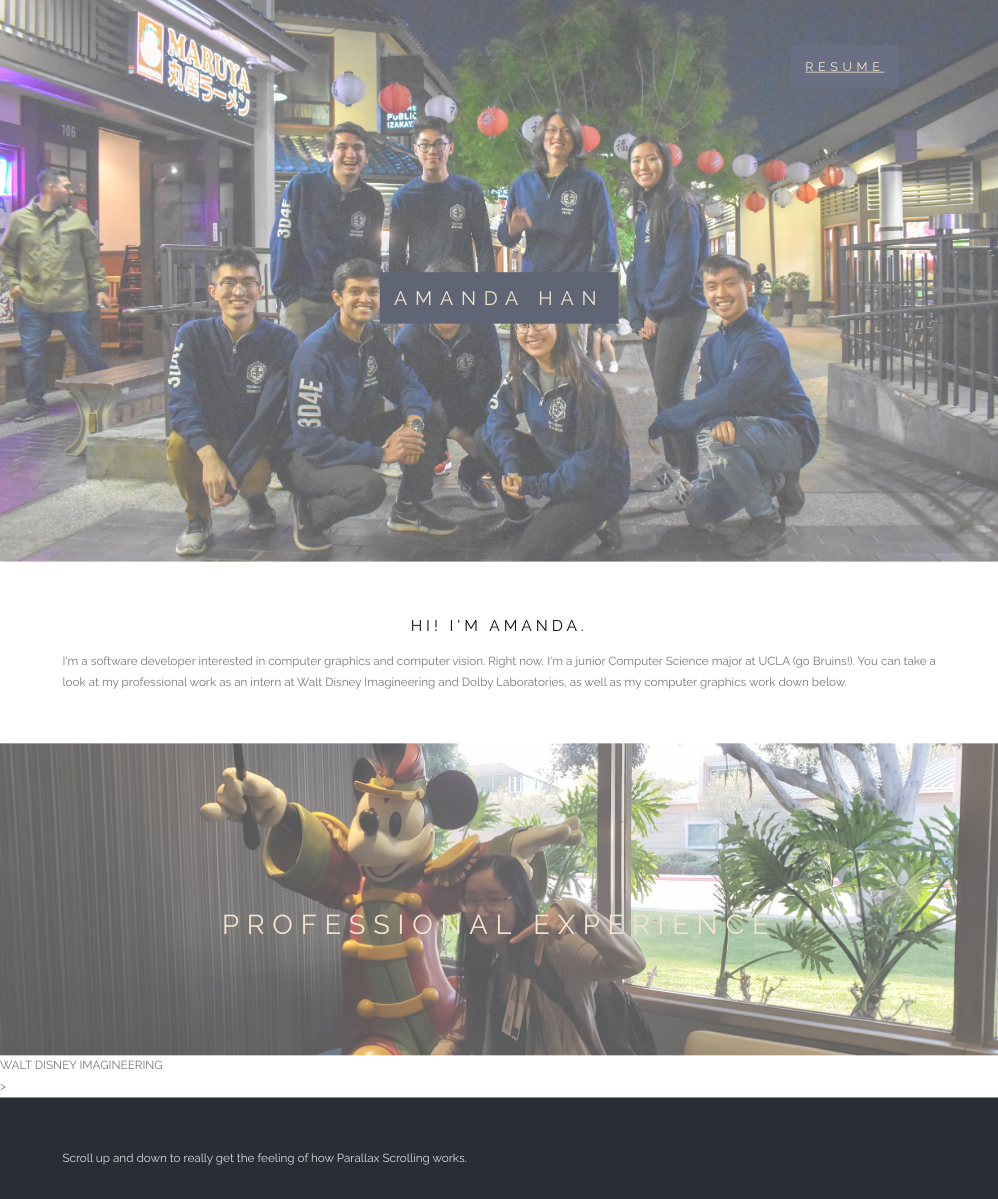
Repository: aliyuanh/me
Page: index.html
These files come from the project's save history. The page is drawn as it stood at one moment and after the next save; the edit follows.
The browser window is 1280 px wide. The pictures show the part of the page from y = 0 to 1537 px (the page is 2841 px tall before and 2814 px after), at 78% of full size.
Pictures or frames that could not be fetched are drawn as grey boxes.

Above is the page before, as saved 2020-09-17 12:38:40.

After the next save:
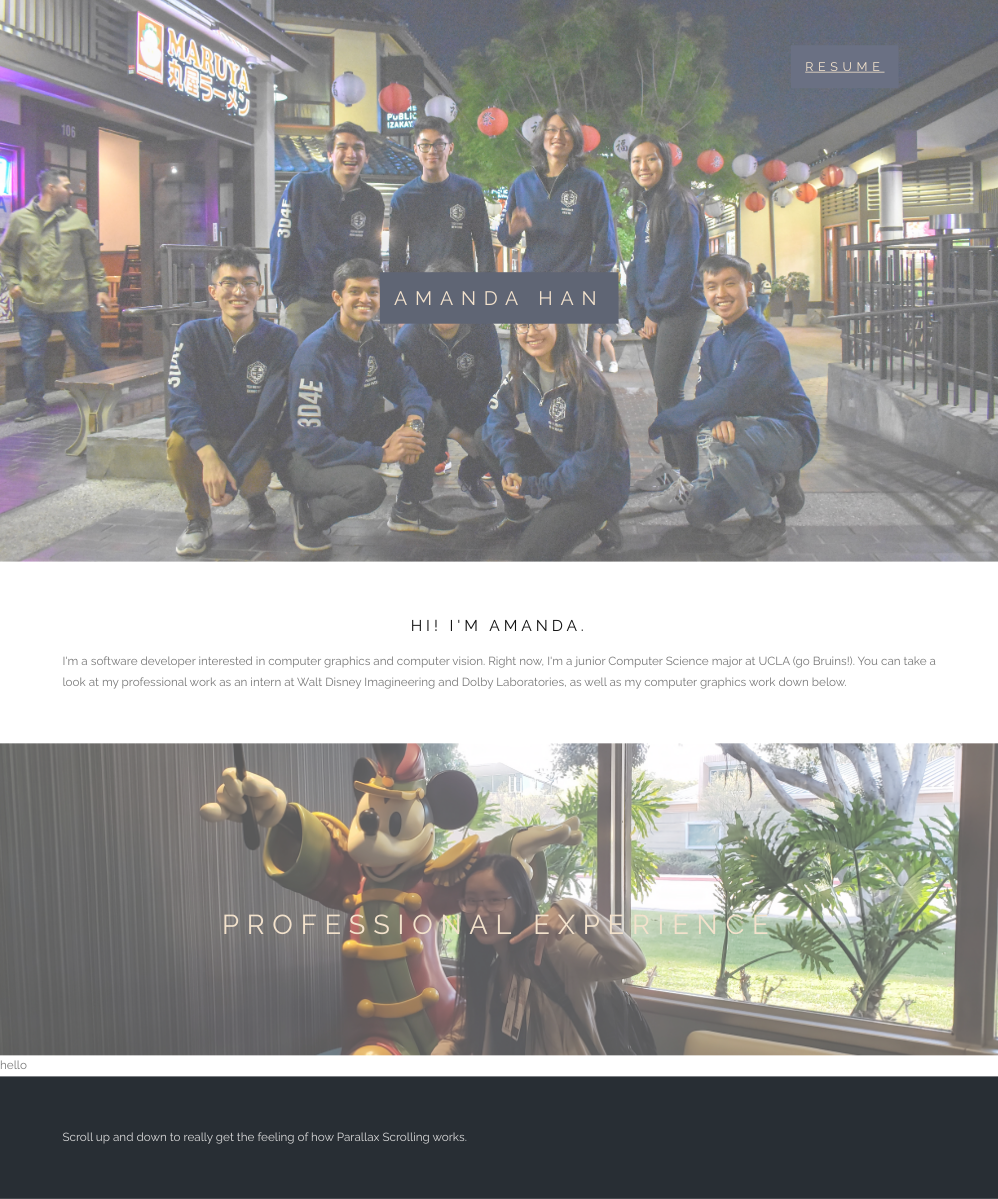
Saved 14 s later.
--- a/index.html
+++ b/index.html
@@ -149,7 +149,7 @@
     </div>
 
     <div style="position:relative;">
-        <div>WALT DISNEY IMAGINEERING</div>>
+        hello
         <div style="color:#ddd;background-color:#282E34;text-align:center;padding:50px 80px;text-align: justify;">
             <p>Scroll up and down to really get the feeling of how Parallax Scrolling works.</p>
         </div>
